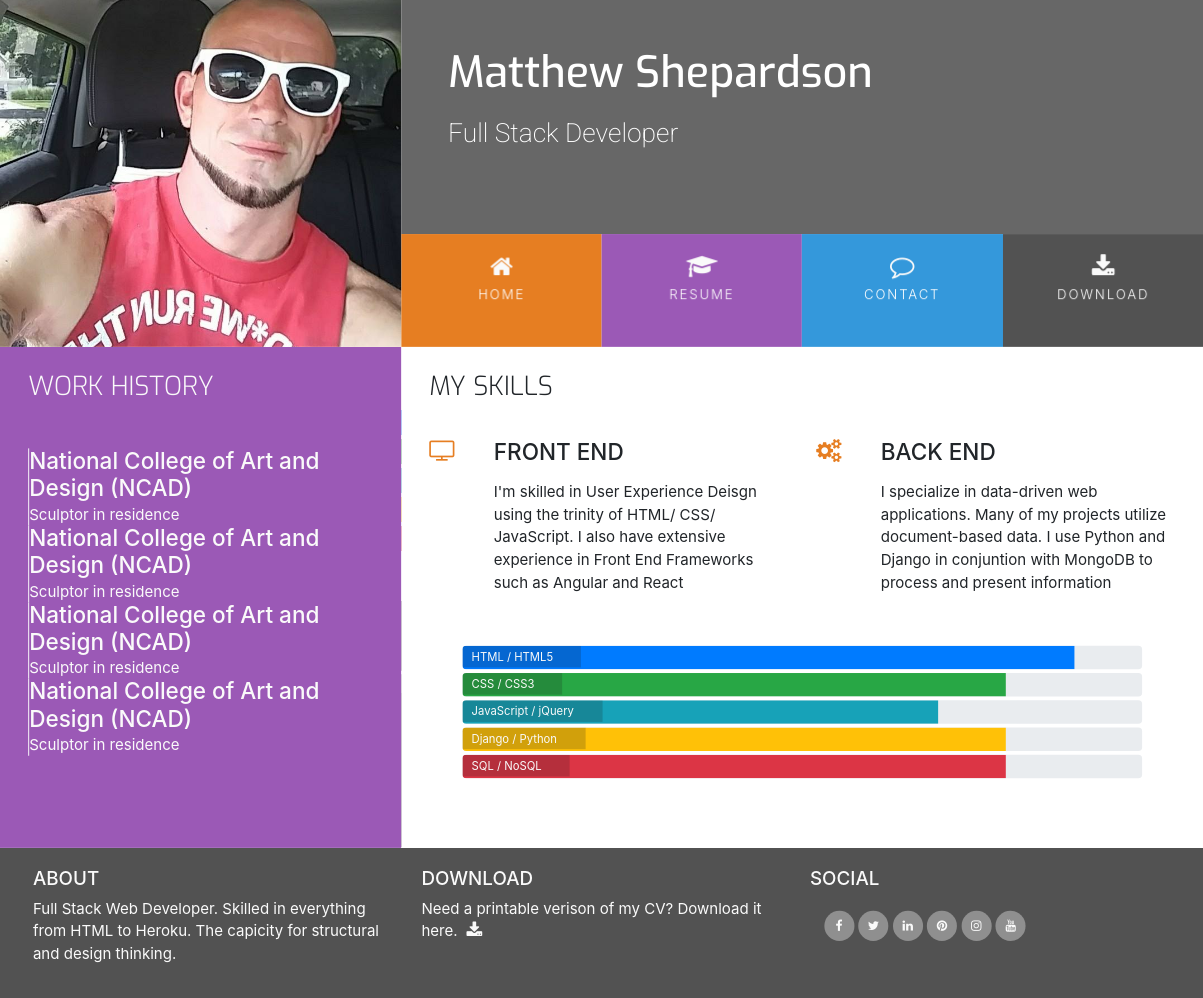
Repository: mshep6517/resume-project
Page: resume.html
The author's editor kept a record of every edit. The page is drawn from the files as they stood at one moment, then again after the next edit.
The browser window is 1280 px wide. The pictures show the whole page, at 94% of full size.
Some web libraries are served in a nearby version.

Above is the page before.

After the next edit:
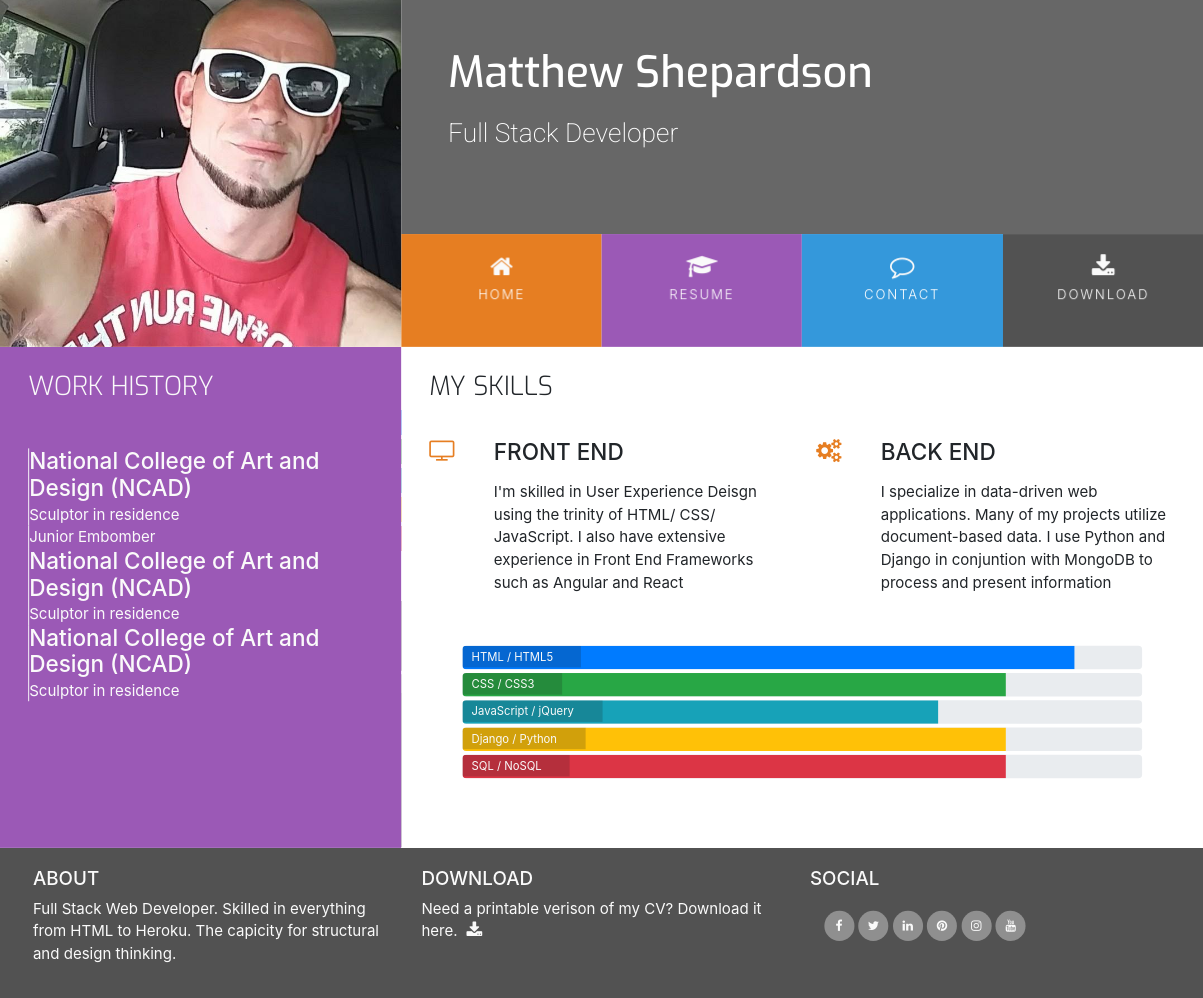
The edit:
--- a/resume.html
+++ b/resume.html
@@ -58,9 +58,9 @@
                     <h4>National College of Art and Design (NCAD)</h4>
                     <p>Sculptor in residence</p>
                 </div>
-                <div class="timeline-item" data-dates="02/1998 - 04/2004">
-                    <h4>National College of Art and Design (NCAD)</h4>
-                    <p>Sculptor in residence</p>
+                <div class="timeline-item" data-dates="04/2004 - 06/2004">
+                    <h4Fisher and Diaz Funeral Director</h4>
+                    <p>Junior Embomber</p>
                 </div>
                 <div class="timeline-item" data-dates="02/1998 - 04/2004">
                     <h4>National College of Art and Design (NCAD)</h4>
